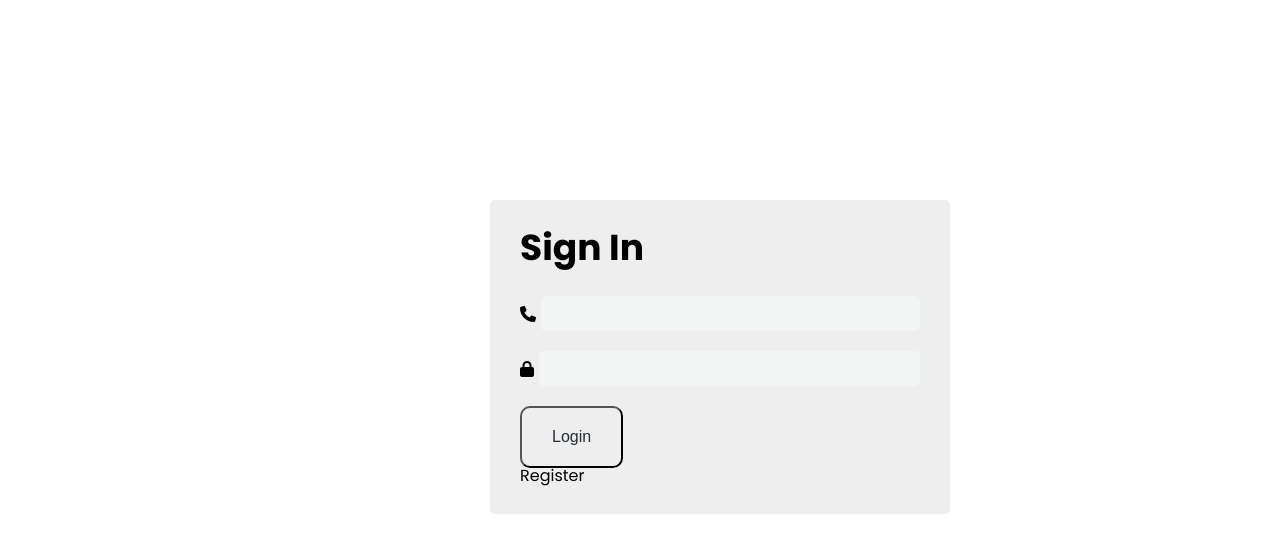
Repository: haphuocsang1801/github-group4
Page: login.html
These files come from the project's save history. The page is drawn as it stood at one moment and after the next save; the edit follows.
The browser window is 1280 px wide. The pictures show the whole page.
Some web libraries are served in a nearby version. The style sheet was rebuilt from its Sass, Less or Tailwind sources for each picture, by a compiler version that may differ from the author's.

Above is the page before, as saved 2021-09-17 16:34:56.

### login.html
<!DOCTYPE html>
<html lang="en">
  <head>
    <meta charset="UTF-8" />
    <meta http-equiv="X-UA-Compatible" content="IE=edge" />
    <meta name="viewport" content="width=device-width, initial-scale=1.0" />
    <link
      href="https://fonts.googleapis.com/css2?family=Poppins:wght@300;400;700&display=swap"
      rel="stylesheet"
    />
    <script
      src="https://kit.fontawesome.com/85150e2613.js"
      crossorigin="anonymous"
    ></script>
    <link rel="stylesheet" href="./css/reset.css" />
    <link rel="stylesheet" href="./css/style.css" />
    <title>Document</title>
  </head>
  <body>
    <div class="container-login">
     <div class="login-main">
        <form action="" method="post">
          <div class="login-title">Sign In</div>
          <div class="login-item">
            <i class="fas fa-phone"></i>
            <input type="text" class="login-input" />
          </div>
          <div class="login-item">
            <i class="fas fa-lock"></i>
            <input type="text" class="login-input" />
          </div>
          <div class="login-submit">
            <input type="submit" class="button" value="Login" />
          </div>
          <div class="login-register">Register</div>
        </form>
     </div>
    </div>
  </body>
</html>

### css/reset.css
/* http://meyerweb.com/eric/tools/css/reset/
   v2.0 | 20110126
   License: none (public domain)
*/
/*
<link rel="preconnect" href="https://fonts.googleapis.com">
<link rel="preconnect" href="https://fonts.gstatic.com" crossorigin>
<link href="https://fonts.googleapis.com/css2?family=Poppins:wght@300;400;700&display=swap" rel="stylesheet">
*/
html, body, div, span, applet, object, iframe,
h1, h2, h3, h4, h5, h6, p, blockquote, pre,
a, abbr, acronym, address, big, cite, code,
del, dfn, em, img, ins, kbd, q, s, samp,
small, strike, strong, sub, sup, tt, var,
b, u, i, center,
dl, dt, dd, ol, ul, li,
fieldset, form, label, legend,
table, caption, tbody, tfoot, thead, tr, th, td,
article, aside, canvas, details, embed,
figure, figcaption, footer, header, hgroup,
menu, nav, output, ruby, section, summary,
time, mark, audio, video {
	margin: 0;
	padding: 0;
	border: 0;
	font-size: 100%;
	font: inherit;
	vertical-align: baseline;
}
/* HTML5 display-role reset for older browsers */
article, aside, details, figcaption, figure,
footer, header, hgroup, menu, nav, section {
	display: block;
}
body {
	line-height: 1;
	font-family: 'Poppins', sans-serif;
}
ol, ul {
	list-style: none;
}
blockquote, q {
	quotes: none;
}
blockquote:before, blockquote:after,
q:before, q:after {
	content: '';
	content: none;
}
table {
	border-collapse: collapse;
	border-spacing: 0;
}

### scss/style.scss
@import "variable";
@import "base";
@import "header";
@import "footer";
@import "login";

### scss/_variable.scss
$gray-dark:#272E35;
$primary-color:#E2783C;
$background:#fcf9f6;
$background-input:#f3f4f4;

### scss/_base.scss
.wrapper{
    max-width: 1440px;
    margin: 0 auto;
}
 .container-login{

   width: 300px;
   margin: 0 auto;
   margin-top: 200px;
 }

.button{
    transition: all 0.2s linear;
    display: inline-block;
    font-size: 16px;
    color: $gray-dark;
    padding: 20px 30px;
    border-radius: 10px;
    outline: none;
    cursor: pointer;
    background-color: transparent;
    line-height: normal;
    text-decoration: none;
    &--primary{
      color: white;
      background-color: $primary-color;
    }

}

### scss/_header.scss
.header {
  padding-top: 43px;
  display: flex;
  align-items: center;
  justify-content: space-between;
  &-logo {
    &-image {
      width: 235px;
    }
  }
  &-menu {
    display: flex;
    align-items: center;
    gap: 60px;
    &-product{
        display: flex;
        align-items: center;
        gap: 5px;
    }
    &-child{
        position: absolute;
        top:30px;
        width: 170px;
        display: flex;
        flex-direction: column;
        gap: 35px;
        background-color: $background;
        border-radius: 5px;
        padding: 20px 10px;
        opacity: 0;
        visibility: hidden;
        transition: all 0.25s;
    }
    &-item {
        position: relative;
      a {
        color: $gray-dark;
        text-decoration: none;
        &:hover {
          color: $primary-color;
          transition: color 0.2s ease-in-out;
        }
      }
    }
  }
  &-cart{
      font-size: 35px;
      cursor: pointer;
      :hover{
          color: $primary-color;
      }
  }
  &-search {
    padding: 10px;
    background-color: #f3f4f4;
    border-radius: 8px;
    display: flex;
    margin-right: -20px;
    transition: all 0.25s linear;
    &:hover {
      background-color: white;
      -webkit-box-shadow: 0px 0px 25px 0px rgba(226, 120, 60, 0.8);
      -moz-box-shadow: 0px 0px 25px 0px rgba(226, 120, 60, 0.8);
      box-shadow: 0px 0px 25px 0px rgba(226, 120, 60, 0.8);
    }
    &-icon {
      font-size: 30px;
      cursor: pointer;
    }
    input {
      width: 120px;
      font-size: 15px;
      width: inherit;
      padding: 10px 0;
      border: 0;
      border-radius: #f3f4f4;
      background-color: inherit;
      outline: none;
    }
  }
}
.hover:hover .header-menu-child{
    opacity: 1;
    visibility: visible;

}

### scss/_footer.scss
.footer {
  margin-top: 500px;
  padding: 40px 40px;
  background-color: $background;
  &-main {
    display: grid;
    grid-template-columns: repeat(2, 1fr);
    gap: 50px;
  }
  &-logo {
    display: inline-block;
    margin-bottom: 50px;
  }
  &-desc {
    font-size: 16px;
    margin-bottom: 40px;
    line-height: 1.5;
  }
  .social {
    display: flex;
    align-items: center;
    gap: 0 30px;
  }
  .social-item {
    cursor: pointer;
    color: $gray-dark;
    &:hover {
      color: $primary-color;
    }
  }
  &-heading {
    font-size: 18px;
    color: $gray-dark;
    margin-bottom: 40px;
    font-weight: bold;
  }
  &-links {
    list-style: none;
  }
  &-item {
    margin-bottom: 30px;
  }
  &-link {
    display: inline-block;
    color: $gray-dark;
  }
  &-info {
    list-style: none;
    margin-bottom: 40px;
  }
  &-info li {
    margin-bottom: 15px;
    line-height: 1.6;
  }
  &-highlight {
    color: white;
  }
  &-bottom {
    background-color: $gray-dark;
    line-height: 1.6;
  }
  &-bottom a {
    text-decoration: inherit;
    color: white;
  }
}

### scss/_login.scss
.login {
  &-title {
    font-size: 36px;
    font-weight: bold;
    margin-bottom: 30px;
  }
  &-item {
    display: flex;
    align-items: center;
    gap: 5px;
    margin-bottom: 20px;
  }
  &-input{
    width: 100%;
    outline: none;
    border: 0;
    padding: 10px 0;
    background-color: $background-input;
    border-radius: 5px;
  }
  &-main{
      width: 400px;
      height: auto;
      padding: 30px;
      align-items: center;
      background-color: #eee;
      margin: 0 auto;
      border-radius: 5px;
  }
  &-submit{
    font-family: 'Poppins', sans-serif;
    width: 30px;
  }
}

After the next save:
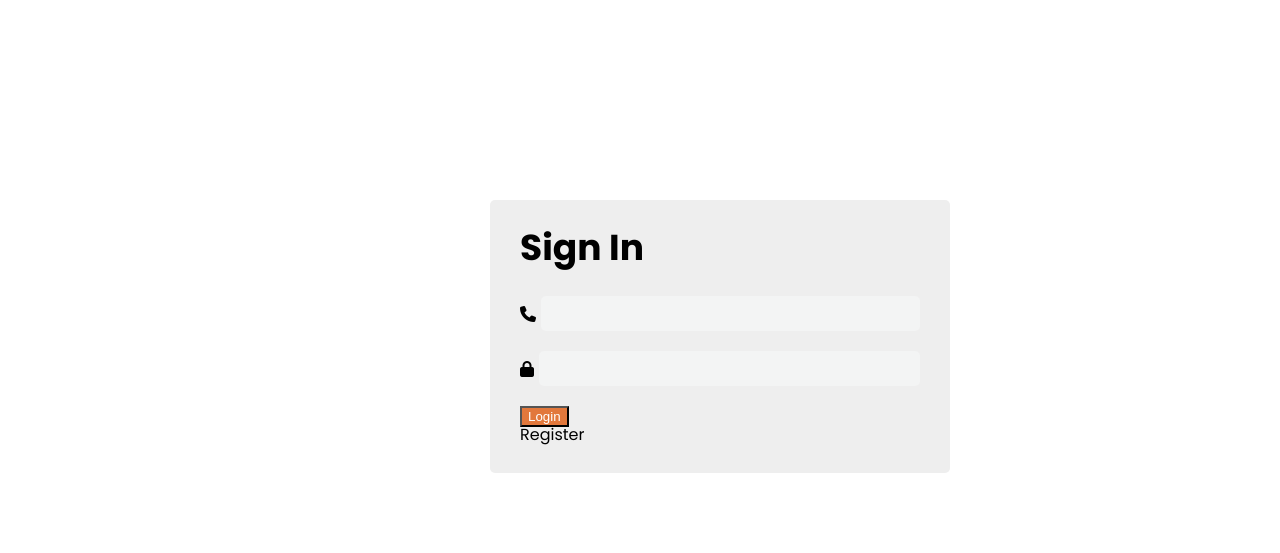
Saved 34 s later.
--- a/login.html
+++ b/login.html
@@ -30,7 +30,7 @@
             <input type="text" class="login-input" />
           </div>
           <div class="login-submit">
-            <input type="submit" class="button" value="Login" />
+            <input type="submit" class="button--primary" value="Login" />
           </div>
           <div class="login-register">Register</div>
         </form>

After the 2 saves that followed:
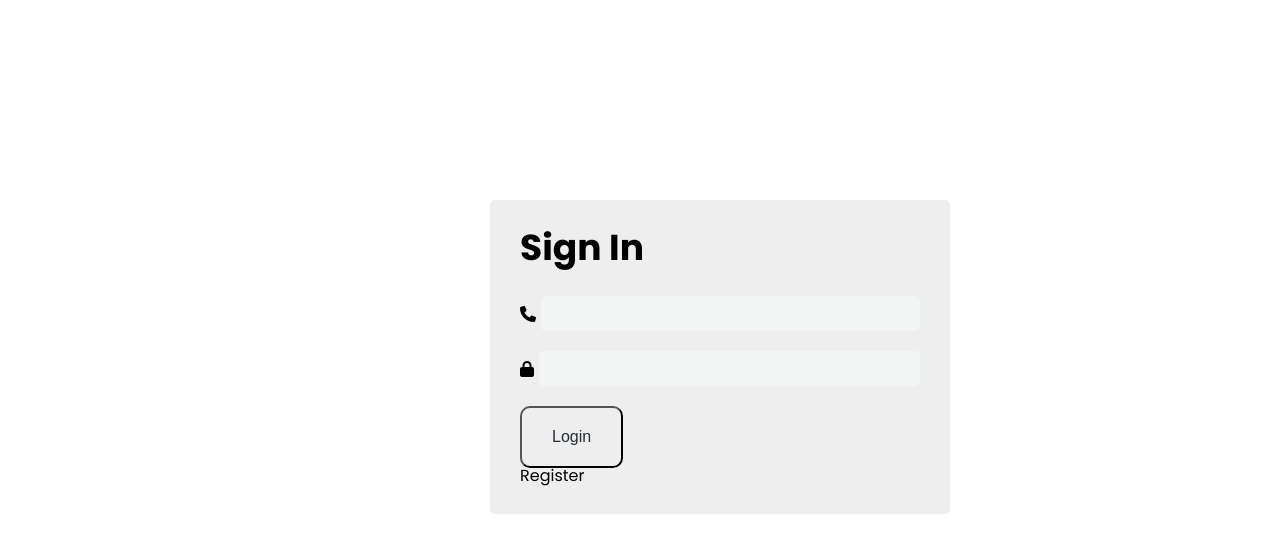
The 2 saves are shown as one change because they came seconds apart.
The last was saved 7 s later.
--- a/login.html
+++ b/login.html
@@ -30,7 +30,7 @@
             <input type="text" class="login-input" />
           </div>
           <div class="login-submit">
-            <input type="submit" class="button--primary" value="Login" />
+            <input type="submit" class="button" value="Login" />
           </div>
           <div class="login-register">Register</div>
         </form>
